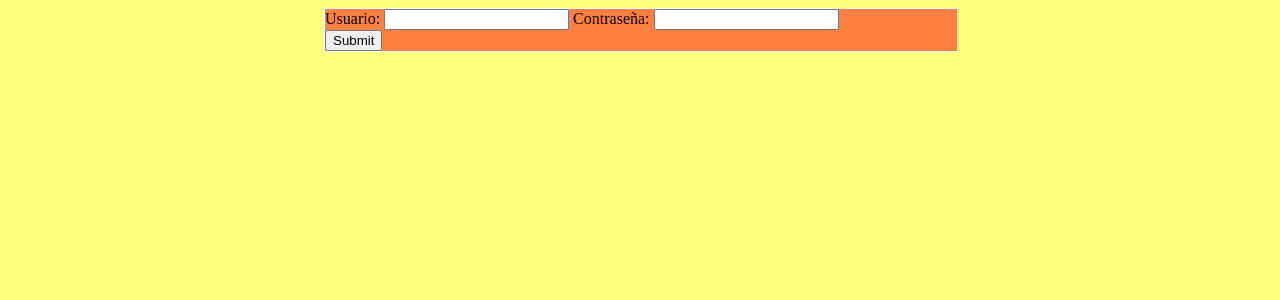
Repository: salvadorsobrino/Ejercicio5ServletJSP
Page: http://localhost/Ejercicio5/
These files come from the project's save history. The page is drawn as it stood at one moment and after the next save; the edit follows.
The browser window is 1280 px wide. The pictures show the whole page.
The page is served by Tomcat 9. Other server files are loaded and not shown.

Above is the page before, as saved 2022-03-11 09:31:17.

### Ejercicio5/src/main/webapp/index.html
<!DOCTYPE html>
<html>
<head>
<meta charset="UTF-8">
<link rel='stylesheet' type='text/css' media='screen' href='index.css'>
<title>Ejercicio5</title>
<link rel="icon" href="icono.png">
</head>
<body>
	<form id="formulario" action="Servlet" method="post">
	Usuario:
	<input type="text" name="usuario">
	Contraseña:
	<input type="password" name="contrasena">
	<br>
	<input type="submit">

	</form>
</body>
</html>

### Ejercicio5/src/main/webapp/index.css
/* Hoja de estilo index */
h1{
	 color: orange;
}
body{
	background-color: rgb(255, 255, 128);
    background-size: cover;
}
#formulario{
	background-color: rgb(255, 128, 64);
	border-style: solid;
	border-width: thin;
	border-color: white;
	width: 50%;
	height: 50%;
	margin-left: 25%;

}
a:link {
    /* Enlaces no visitados */
    color: rgb(255, 128, 64);
}

a:visited {
    /* Enlaces visitados */
    color: rgb(255, 128, 0);
}

a:hover, a:focus {
    color: rgb(153, 72, 6);
    /* El usuario esta sobre el enlace */
}

a:active {
    color: rgb(255, 94, 0);
    /* El usuario hace click en el enlace */
}

After the next save:
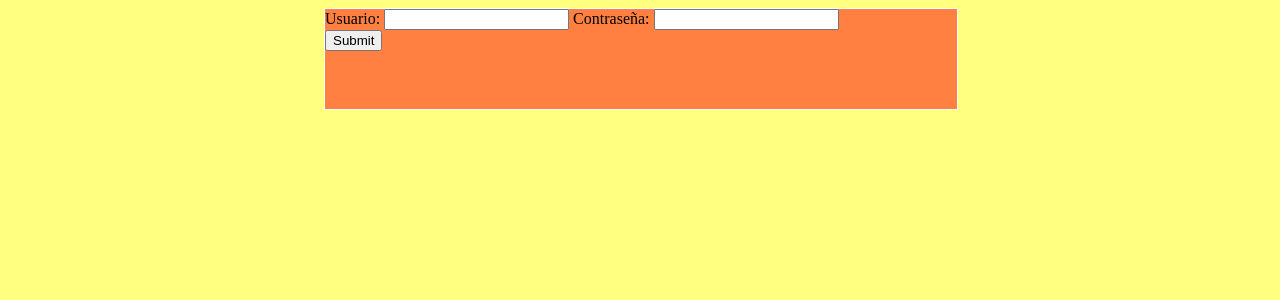
Saved 16 s later.
--- a/Ejercicio5/src/main/webapp/index.css
+++ b/Ejercicio5/src/main/webapp/index.css
@@ -12,7 +12,7 @@ body{
 	border-width: thin;
 	border-color: white;
 	width: 50%;
-	height: 50%;
+	height: 100px;
 	margin-left: 25%;
 
 }
